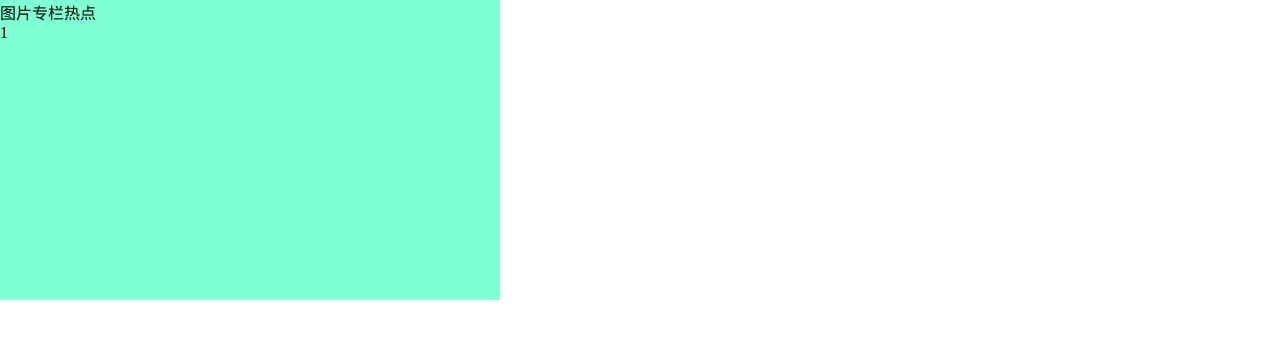
Repository: 1404413577/jsdemo
Page: /res (app in vue-demo/myweb3/)
The author's editor kept a copy of each file at every save. The page is drawn from the files as they stood at one save, then again after the next save.
The browser window is 1280 px wide. The pictures show the whole page.
The project was rebuilt for these pictures with package versions that can differ from the ones it lists, and the page was loaded fresh each time. Also part of the build but not shown: vue-demo/myweb3/vue.config.js, vue-demo/myweb3/src/components/vue2/demo.vue.

Above is the page before, as saved 2022-11-25 20:42:35.

After the next save:
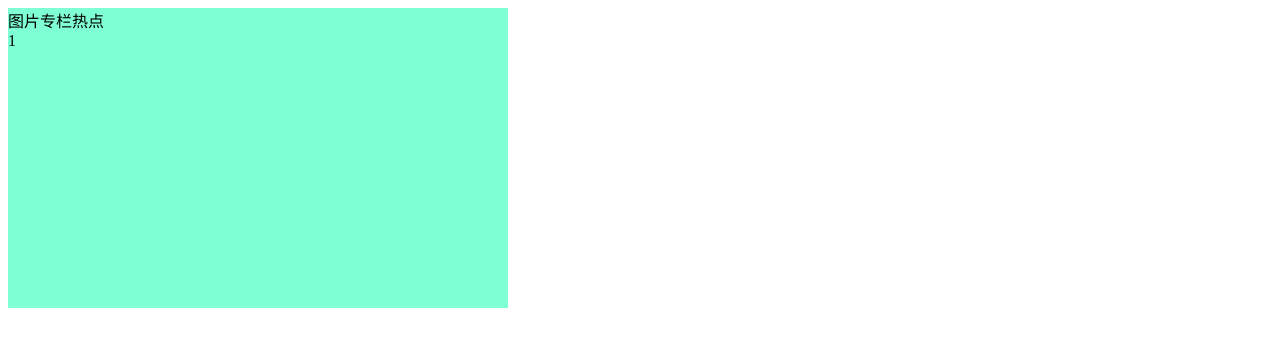
Saved 16 s later.
--- a/vue-demo/myweb3/src/components/vue2/Tab.vue
+++ b/vue-demo/myweb3/src/components/vue2/Tab.vue
@@ -32,7 +32,7 @@ export default {
 }
 </script>
 
-<style>
+<style scoped>
 *{
     padding: 0;
     margin: 0;
